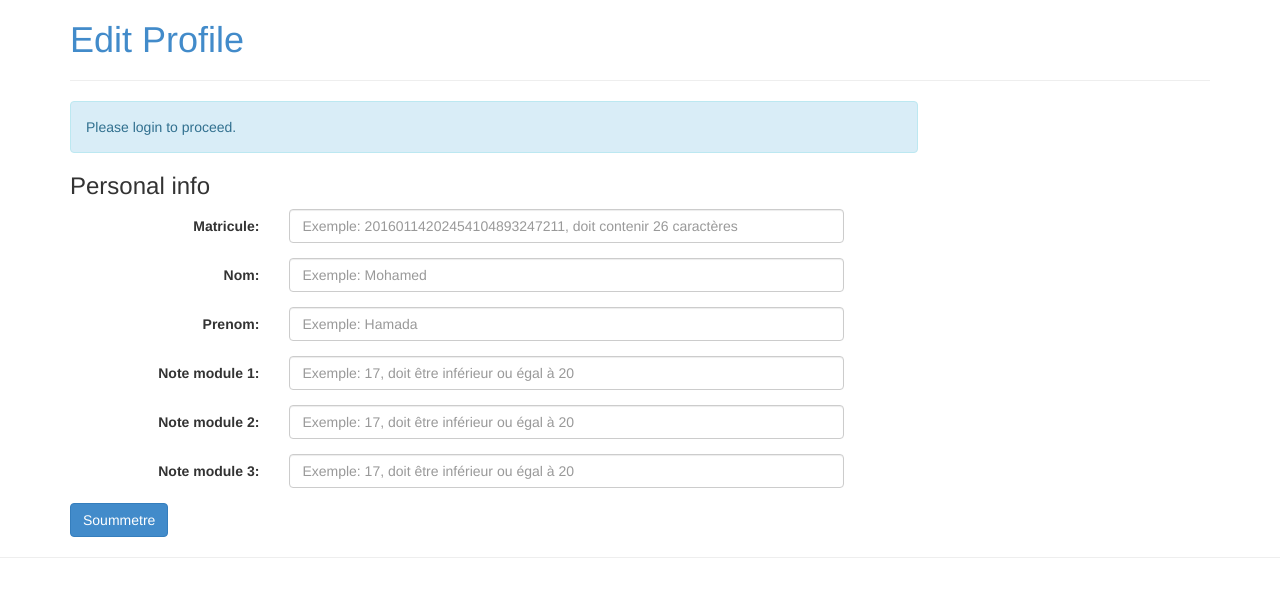
Repository: tt5300447/parakeet
Page: http://localhost/
An editor plug-in stored every save of this project. The page is shown before and after the next save, followed by the edit.
The browser window is 1280 px wide. The pictures show the whole page.
The page is run by PHP 8.4 with error messages shown; the project is at /var/www/html/.

Above is the page before, as saved 2022-06-21 21:57:45.
Console error (its wording comes from the project's code and is left out).

### Copier/htdocs/Ajouter/index.php
<!DOCTYPE html>
<html lang="en">

<head>
    <meta charset="UTF-8">
    <meta http-equiv="X-UA-Compatible" content="IE=edge">
    <meta name="viewport" content="width=device-width, initial-scale=1.0">
    <title>Update </title>
    <link rel="stylesheet" href="style.css">
    <link rel="stylesheet" href="bootstrap.min.css">

    <link rel="shortcut icon" type="image/x-icon" href="update.png">
    <link rel="apple-touch-icon" sizes="76x76" href="update.png">

    <link rel="alternate" type="application/rss+xml" href="rss">
</head>

<body>
    <div class="container bootstrap snippets bootdey">
        <h1 class="text-primary">Edit Profile</h1>
        <hr>
        <div class="row">
            <!-- left column -->
            <!-- edit form column -->
            <div class="col-md-9 personal-info">
                <div class="alert alert-info alert-dismissable">
                    <?php
                        function verifyName($nom) {
                            $valid = true;
                            if(strlen($nom) > 80 || strlen($nom) < 5) {
                                $valid = false;
                            }
                            $nom = str_split($nom);
                            foreach($nom as $char) {
                                if(preg_match('/[a-zA-Z]/', $char) == false){
                                    $valid = false;
                                }
                            }
                            return $valid;
                        }

                        function verifyMatricule($Matricule) {
                            if(strlen($Matricule) != 26){
                                return false;
                            }
                            $Matricule = str_split($Matricule);
                            foreach($Matricule as $char){
                                if(is_numeric($char) == false){
                                    return false;
                                }
                            }
                            return true;
                        }

                        function verifyNoteModule($Module_1,$Module_2,$Module_3) {
                            $Module_1 = intval($Module_1);
                            $Module_2 = intval($Module_2);
                            $Module_3 = intval($Module_3);
                            if($Module_1 > 20 || $Module_1 < 0){
                                return false;
                            }
                            if($Module_2 > 20 || $Module_2 < 0){
                                return false;
                            }
                            if($Module_3 > 20 || $Module_3 < 0){
                                return false;
                            }
                            return true;
                        }

                        $servername = "localhost";
                        $username = "root";
                        $password = "";
                        $db = "scolarite";
                        // Create connection
                        $conn = new mysqli($servername, $username, $password,$db);
                        // Check connection
                        if ($conn->connect_error) {
                            die("Connection failed: " . $conn->connect_error);
                        }
                        if ($_SERVER['REQUEST_METHOD'] === 'POST') {
                            $Matricule = $_POST['matricule'];
                            $Nom = $_POST['nom'];
                            $Prenom = $_POST['prenom'];
                            $Module_1 = $_POST['module_1'];
                            $Module_2 = $_POST['module_2'];
                            $Module_3 = $_POST['module_3'];
                            if (verifyName($Nom) == false ||
                                verifyName($Prenom) == false ||
                                verifyMatricule($Matricule) == false ||
                                verifyNoteModule($Module_1, $Module_2, $Module_3) == false){
                                    echo "Erreur: les données saisies sont erronées";
                            }
                            $sql = "INSERT INTO Etudiant (matricule, nom, prenom, note_module_1, prenom, note_module_2, note_module_3) VALUES ($Matricule, '$Nom', '$Prenom', '$Module_1', '$Module_2', '$Module_3')";
                            if($conn->query($sql) === TRUE) {
                                echo "Etudiant ajouté avec succés";
                            } else {
                                echo "Erreur: les données saisies sont erronées";
                            }
                        }
                        else {
                            echo "Please login to proceed.";
                        }
                    ?>
                    <a class="panel-close close" data-dismiss="alert"></a>
                </div>
                <h3>Personal info</h3>
                <form class="form-horizontal" method="post" role="form">
                    <div class="form-group">
                        <label class="col-lg-3 control-label">Matricule:</label>
                        <div class="col-lg-8">
                            <input class="form-control" name="matricule" type="text" placeholder="Exemple: 20160114202454104893247211, doit contenir 26 caractères" />
                        </div>
                    </div>
                    <div class="form-group">
                        <label class="col-lg-3 control-label">Nom:</label>
                        <div class="col-lg-8">
                            <input class="form-control" name="nom" type="text" placeholder="Exemple: Mohamed" />
                        </div>
                    </div>
                    <div class="form-group">
                        <label class="col-lg-3 control-label">Prenom:</label>
                        <div class="col-lg-8">
                            <input class="form-control" name="prenom" type="text" placeholder="Exemple: Hamada" />
                        </div>
                    </div>

                    <div class="form-group">
                        <label class="col-lg-3 control-label">Note module 1:</label>
                        <div class="col-lg-8">
                            <input class="form-control" name="module_1" type="number" placeholder="Exemple: 17, doit être inférieur ou égal à 20" />
                        </div>
                    </div>
                    <div class="form-group">
                        <label class="col-lg-3 control-label">Note module 2:</label>
                        <div class="col-lg-8">
                            <input class="form-control" name="module_2" type="number" placeholder="Exemple: 17, doit être inférieur ou égal à 20" />
                        </div>
                    </div><div class="form-group">
                        <label class="col-lg-3 control-label">Note module 3:</label>
                        <div class="col-lg-8">
                            <input class="form-control" name="module_3" type="number" placeholder="Exemple: 17, doit être inférieur ou égal à 20" />
                        </div>
                    </div>
                    <button type="submit" class="btn btn-primary">Soummetre</button>
                </form>
            </div>
        </div>
    </div>
    <hr>
    <script type="text/javascript" src="popper.min.js"></script>
    <script src="bootstrap.min.js"></script>
    <script type="text/javascript" src="script.js"></script>
</body>

</html>

### Copier/htdocs/Ajouter/style.css
body {
    margin-top: 20px;
}

.avatar {
    width: 200px;
    height: 200px;
}

### Copier/htdocs/Ajouter/script.js
//signup form validation
$(function() {
    $("#errorname").hide();
    $("#errorusername").hide();
    $("#erroremail").hide();
    $("#errorpass").hide();
    $("#errorconpass").hide();

    var error_name = false;
    var error_username = false;
    var error_email = false;
    var error_pass = false;
    var error_conpass = false;

    $("#form_name").focusout(function() {
        checkName();
    });
    $("#form_username").focusout(function() {
        checkUserName();
    });
    $("#form_email").focusout(function() {
        checkEmail();
    });
    $("#form_pwd").focusout(function() {
        checkPass();
    });
    $("#form_conpwd").focusout(function() {
        checkConPass();
    });

    // check name
    function checkName() {
        var name = $("#form_name").val();
        var pattern = new RegExp(/^[a-zA-Z ]{5,30}$/);
        if (!pattern.test(name)) {
            $("#errorname").html("Should be between 5-30 contains only space");
            $("#errorname").show(300);
            error_name = true;
        } else {
            $("#errorname").hide(400);
        }
    }
    // check username
    function checkUserName() {
        var username = $("#form_username").val();
        var pattern = new RegExp(/^[a-zA-Z0-9._]{6,20}$/);
        if (!pattern.test(username)) {
            $("#errorusername").html(
                "Should be between 6-20 contains only alphabets numbers . _"
            );
            $("#errorusername").show(300);
            error_username = true;
        } else {
            $("#errorusername").hide(400);
        }
    }

    //check email
    function checkEmail() {
        var pattern = new RegExp(
            /^[+a-zA-Z0-9._-]+@[a-zA-Z0-9.-]+\.[a-zA-Z]{2,4}$/i
        );
        if (pattern.test($("#form_email").val())) {
            $("#erroremail").hide(400);
        } else {
            $("#erroremail").html("Invalid email address");
            $("#erroremail").show(300);
            error_email = true;
        }
    }

    // check password
    function checkPass() {
        var password = $("#form_pwd").val();
        var pattern = new RegExp(
            /^(?=.*?[A-Z])(?=.*?[a-z])(?=.*?[0-9])(?=.*?[#?!@$%^&*-]).{8,}$/
        );

        if (!pattern.test(password)) {
            $("#errorpass").html(
                "Should be at least a uppercase,lowercase,number,special characters and minimum length 8"
            );
            $("#errorpass").show(300);
            error_pass = true;
        } else {
            $("#errorpass").hide(400);
        }
    }

    // check confirm password
    function checkConPass() {
        var password = $("#form_pwd").val();
        var con_pass = $("#form_conpwd").val();
        if (password != con_pass) {
            $("#errorconpass").html("Password not match");
            $("#errorconpass").show(300);
            error_conpass = true;
        } else {
            $("#errorconpass").hide(400);
        }
    }

    //form submit
    $("#reg_form").submit(function() {
        error_name = false;
        error_username = false;
        error_email = false;
        error_pass = false;
        error_conpass = false;
        checkName();
        checkUserName();
        checkEmail();
        checkPass();
        checkConPass();

        if (
            error_name == false &&
            error_username == false &&
            error_email == false &&
            error_pass == false &&
            error_conpass == false
        ) {
            return true;
        } else {
            return false;
        }
    });
});

Loaded but not shown: Copier/htdocs/Ajouter/bootstrap.min.css (library); Copier/htdocs/Ajouter/popper.min.js (library); Copier/htdocs/Ajouter/bootstrap.min.js (library)

After the next save:
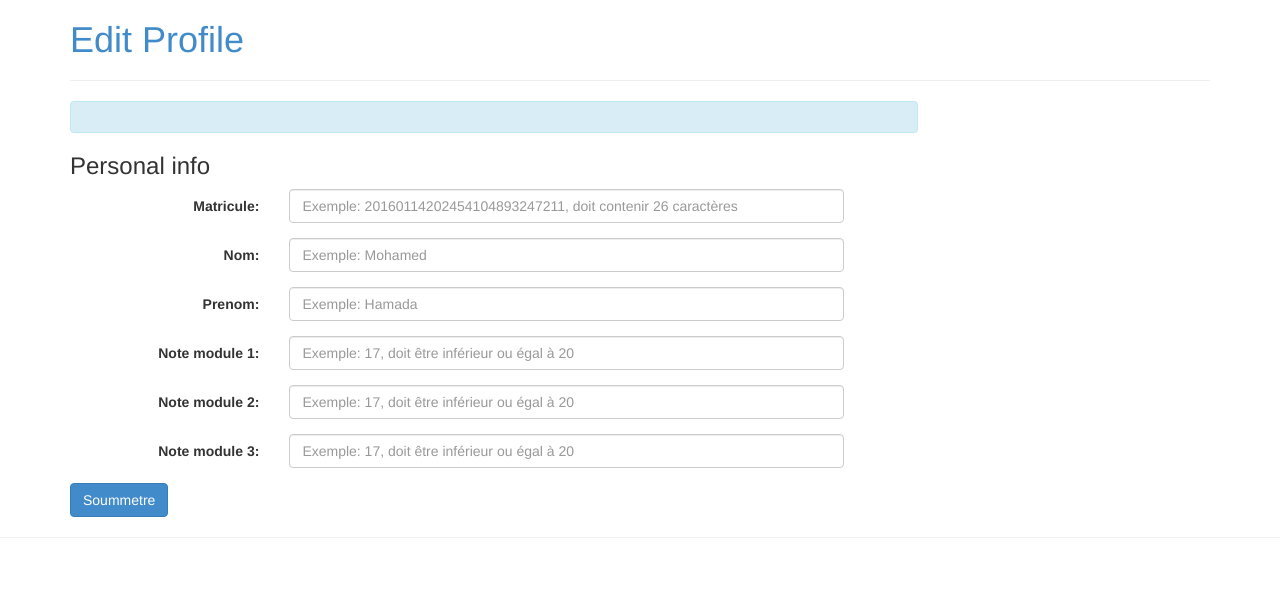
Saved 13 min 9 s later.
--- a/Copier/htdocs/Ajouter/index.php
+++ b/Copier/htdocs/Ajouter/index.php
@@ -32,7 +32,7 @@
                             }
                             $nom = str_split($nom);
                             foreach($nom as $char) {
-                                if(preg_match('/[a-zA-Z]/', $char) == false){
+                                if(is_numeric == true){
                                     $valid = false;
                                 }
                             }
@@ -98,9 +98,6 @@
                                 echo "Erreur: les données saisies sont erronées";
                             }
                         }
-                        else {
-                            echo "Please login to proceed.";
-                        }
                     ?>
                     <a class="panel-close close" data-dismiss="alert"></a>
                 </div>
